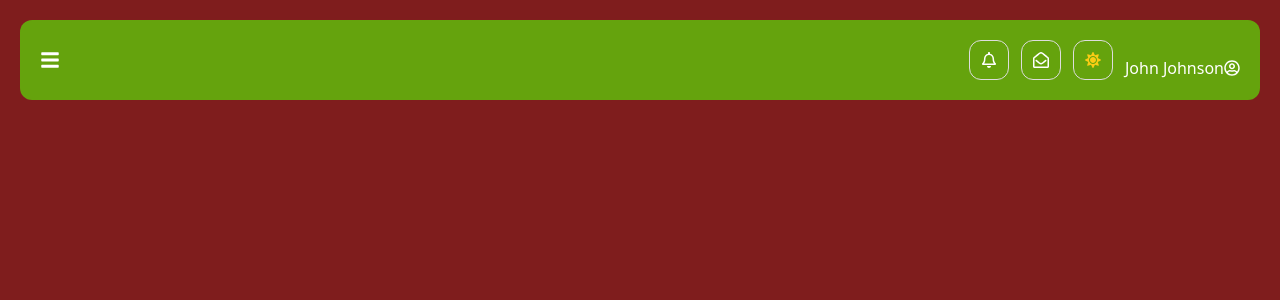
Repository: farrelmuhammad/redesign-bo
Page: /
The author's editor kept a copy of each file at every save. The page is drawn from the files as they stood at one save, then again after the next save.
The browser window is 1280 px wide. The pictures show the whole page.
The project was rebuilt for these pictures with package versions that can differ from the ones it lists, and the page was loaded fresh each time. Also part of the build but not shown: src/App.css.

Above is the page before, as saved 2024-03-02 19:15:27.

After the next save:
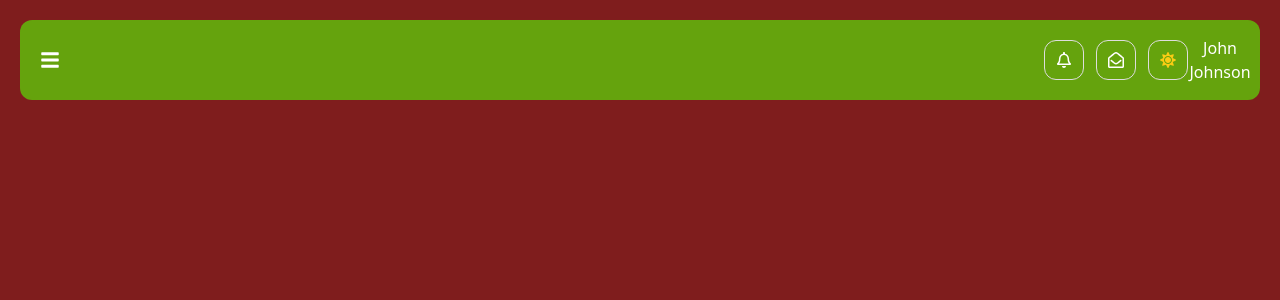
Saved 13 s later.
--- a/src/components/Navbar.tsx
+++ b/src/components/Navbar.tsx
@@ -20,7 +20,7 @@
                     <FaSun className='text-yellow-400' />
                     {/* <FaMoon className='text-yellow-400' /> */}
                 </button>
-                <button className='flex flex-row justify-center items-center'>
+                <button className='flex flex-row justify-center items-center h-10 w-10'>
                     John Johnson <FaRegUserCircle />
                 </button>
             </div>

After the save that followed:
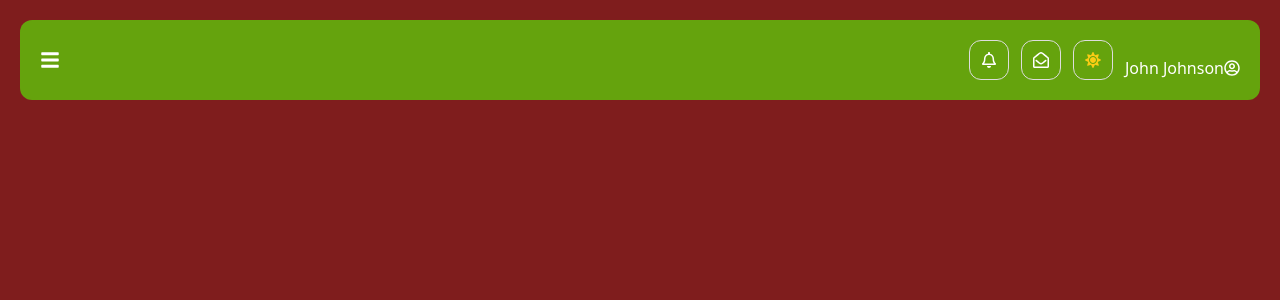
Saved 8 s later.
--- a/src/components/Navbar.tsx
+++ b/src/components/Navbar.tsx
@@ -20,7 +20,7 @@
                     <FaSun className='text-yellow-400' />
                     {/* <FaMoon className='text-yellow-400' /> */}
                 </button>
-                <button className='flex flex-row justify-center items-center h-10 w-10'>
+                <button className='flex flex-row justify-center items-center '>
                     John Johnson <FaRegUserCircle />
                 </button>
             </div>
